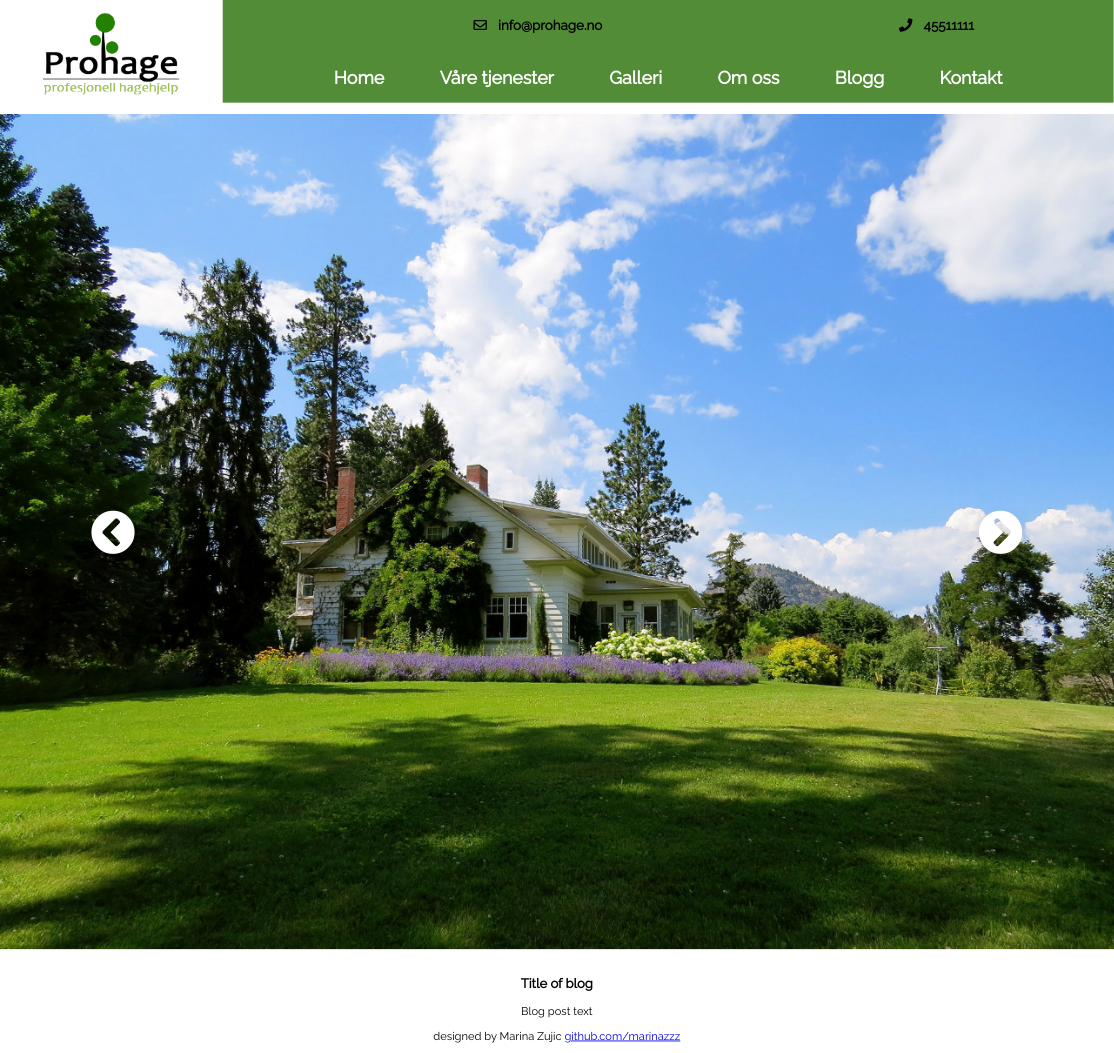
Repository: marinazzz/garden-design-website
Page: Garden design website/index.html
These files come from the project's save history. The page is drawn as it stood at one moment and after the next save; the edit follows.
The browser window is 1280 px wide. The pictures show the whole page, at 87% of full size.

Above is the page before, as saved 2020-03-28 13:44:36.

### Garden design website/index.html
<!DOCTYPE html>
<html lang="nb">
<head>
    <title>Hagedesign Oslo</title>
    <link rel="stylesheet" type="text/css" href="CSS/fontawesome-free-5.12.1-web/css/all.min.css">
    <link rel="stylesheet" type="text/css" href="CSS/style.css"/>
    <link rel="stylesheet" type="text/css" href="CSS/min-width-768px.css">
    <link rel="stylesheet" type="text/css" href="CSS/min-width-992px.css">
    <link rel="stylesheet" type="text/css" href="PLUGINS/glide-master/dist/css/glide.core.min.css" />
    <link rel="stylesheet" type="text/css" href="PLUGINS/glide-master/dist/css/glide.theme.min.css" />
    <link href="https://fonts.googleapis.com/css?family=Raleway&display=swap" rel="stylesheet">
    <meta name="viewport" content="width=device-width, initial-scale=1" charset="UTF-8">
</head>
<body>
    <header class="header--white-green">
        <div class="container__menu--small container__menu "> <!--grid container-->
            <div class="container__logo"> <!--1.column-->
                <img class="logo"src="images/prohage black.png" alt="Prohage logo">
            </div>
            <div class="container__items--small container__items"> <!--2.column-->
                <div class="container__item"> <!--1.row-->
                     <a href="mailto:info@prohage.no"
                         class ="container__item-txt"><i class="far fa-envelope"></i>info@prohage.no</a>
                     <a href="tlf:45511111"
                         class="container__item-txt"><i class="fas fa-phone"></i>45511111</a>
                </div>
               <div class="container__item-bottom"> <!--2.row-->
                   <button class="menu__toggle">
                       <i class="fas fa-bars"></i>
                   </button>
                   <nav id="menu">
                        <ul class="menu__list">
                            <li class="menu__item">
                                <a class="menu__link" href="home">Home</a>
                            </li>
                            <li class="menu__item">
                                <a class="menu__link" href="#services">Våre tjenester</a>
                            </li>
                            <li class="menu__item">
                                <a class="menu__link" href="#gallery">Galleri</a>
                            </li>
                            <li class="menu__item">
                                <a class="menu__link" href="#about">Om oss</a>
                            </li>
                            <li class="menu__item">
                                <a class="menu__link" href="#blog">Blogg</a>
                            </li>
                            <li class="menu__item">
                                <a class="menu__link" href="kontakt">Kontakt</a>
                            </li>
                       </ul>
                   </nav>
               </div>
            </div>
        </div>
        <section id="main-photo">
            <div class="glide">
                <div class="glide__track"
                     data-glide-el="track">
                    <ul class="glide__slides">
                        <li class="glide__slide">
                            <img class="main-photo__item"
                                 srcset="images/architecture-clouds-daylight-2000.jpg 2000w,
                                        images/architecture-clouds-daylight-1000.jpg 1000w"
                                 sizes="(min-width: 1440px) 2000px, 100vw"
                                 src="images/architecture-clouds-daylight-2000.jpg" alt="Garden">
                        </li>
                        <li class="glide__slide">
                            <img class="main-photo__item"
                            srcset="images/daylight-environment-garden-2000.jpg 2000w,
                                    images/daylight-environment-garden-1000.jpg 1000w"
                            sizes="(min-width: 1440px) 2000px, 100vw"
                            src="images/daylight-environment-garden-2000.jpg" alt="Garden and plants" >
                        </li>
                        <li class="glide__slide">
                            <img class="main-photo__item"
                            srcset="images/main-header-photo-2000.jpg 2000w,
                                    images/main-header-photo-1000.jpg 1000w"
                            sizes="(min-width: 1440px) 2000px, 100vw"
                            src="images/main-header-photo-2000.jpg" alt="Garden and plants" >
                        </li>
                        <li class="glide__slide">
                            <img class="main-photo__item"
                            srcset="images/header-photo-2000.jpg 2000w,
                                    images/header-photo-1000.jpg 1000w"
                            sizes="(min-width: 1440px) 2000px, 100vw"
                            src="images/header-photo-2000.jpg" alt="Garden designed by proffesional" >
                        </li>
                        <li class="glide__slide">
                            <img class="main-photo__item"
                            srcset="images/bloom-blooming-blur-2000.jpg 2000w,
                                    images/bloom-blooming-blur-1000.jpg 1000w"
                            sizes="(min-width: 1440px) 2000px, 100vw"
                            src="images/bloom-blooming-blur-2000.jpg" alt="Garden designed by proffesional" >
                        </li>
                    </ul>
                </div>
                <div class="glide__arrows"
                         data-glide-el="controls">
                        <button class="glide__arrow glide__arrow--left"
                                data-glide-dir="<">
                            <i class="fas fa-chevron-circle-left"></i>
                        </button>
                        <button class="glide__arrow glide__arrow--right"
                                data-glide-dir=">">
                            <i class="fas fa-chevron-circle-right"></i>
                        </button>
                    </div>
            </div>

            <!--<img class="main-photo__item1"
                 srcset="images/architecture-clouds-daylight-2000.jpg 2000w,
                         images/architecture-clouds-daylight-1000.jpg 1000w"
                 sizes="(min-width: 1440px) 2000px, 100vw"
                 src="images/architecture-clouds-daylight-2000.jpg" alt="Garden">
            <img class="main-photo__item2"
                 srcset="images/header-photo-2000.jpg 2000w,
                         images/header-photo-1000.jpg 1000w"
                 sizes="(min-width: 1440px) 2000px, 100vw"
                 src="images/header-photo-2000.jpg" alt="Garden designed by proffesional" >
            <img class="main-photo__item3"
                 srcset="images/main-header-photo-2000.jpg 2000w,
                         images/main-header-photo-1000.jpg 1000w"
                 sizes="(min-width: 1440px) 2000px, 100vw"
                 src="images/main-header-photo-2000.jpg" alt="Garden and plants" >
            <h1 class="main-photo__title">Profesjonell hagehjelp</h1>-->
        </section>
     </header>
     <main>
         <section id="services">

         </section>
         <section id="gallery">

        </section>
         <article id="blog-posts">
             <h3>Title of blog</h2>
             <p>Blog post text</p>
         </article>
         <section id="about oss">

        </section>
     </main>
     <footer>
	     <p>designed by Marina Zujic
		     <a href="https://github.com/marinazzz">github.com/marinazzz</a>
	     </p>
     </footer>
     <script src="PLUGINS/glide-master/dist/glide.min.js"></script>
     <script>
        new Glide('.glide').mount()
        new Glide('.glide', {
            type: 'carousel',
            startAt: 0,
             perView: 3
        })
      </script>
     <script src="JS/js-app.js"></script>
</body>
</html>

### Garden design website/CSS/style.css
html {
  font-size: 62.5%;
}

body {
  margin: 0;
  padding: 0;
  text-align: center;
  box-sizing: border-box;
  font-family: 'Raleway', sans-serif;
}

       /*__ HEADER__ */

/*color styles*/
.header--white-green {
  --header-bg-color: #528C36;
  --header-link-color: black;
  --header-menu-link: #fff;
  --header-toggle-color: #528C36;
}

/*main style*/
.container__menu--small {
  display: flex;
  justify-content: space-around;
}

.logo {
  max-height: 8rem;
}

.container__items--small {
  display: grid;
  grid-template-rows: 1fr 1fr;
  align-content: flex-end;
  width: 250px;
}

.container__item {
  align-self: center;
}

.container__item, .container__item-bottom {
  text-align: end;
}

.container__item-txt {
  color: var(--header-link-color);
  text-decoration: none;
  font-size: 1.2rem;
}

.container__item > a:first-of-type {
  padding-right: 1.6rem;
}

.container__item-bottom > nav {
  text-align: center;
}

.menu__toggle {
  color: var(--header-bg-color);
  box-sizing: border-box;
  border: none;
  background-color: transparent;
  outline: none;
  font-size: 3rem;
  line-height: 0;
  padding: 0.5rem;
  color: var(--header-toggle-color);
  position: relative;
  z-index: 100;
}

.fa-phone, .fa-envelope {
  margin-right: 1rem;
}


/* MENU */

#menu {
  position: absolute;
  top: auto;
  left: 0;
  width: 100%;
  padding-top: 1rem;
  background-color: var(--header-bg-color);
  z-index: 20;
}

.menu__list {
  padding: 0;
  margin: 0;
  display: flex;
  flex-direction: column;
}

.menu__item {
  display: block;
  margin-bottom: 1rem;
}

.menu__link {
  color: var(--header-menu-link);
  text-decoration: none;
  font-size: 1.6rem;
}

.menu-opened {
  display: none;
}


/*FOR SMALL DEVICES*/

@media screen and (max-width: 420px) {

  .logo {
    max-height: 7rem;
  }

  .container__items--small {
    width: auto;
    align-self: center;
  }

  .container__item > a:first-of-type {
    padding-right: 1.3rem;
  }

  .container__item {
    text-align: center;
  }

  .fa-phone, .fa-envelope {
    margin-right: 0.3rem;
  }
}

/* MAIN PICTURE */

#main-photo {
  position: relative;
}

.main-photo__item {
   width: 100%;
}

.main-photo__titlegit {
  position: absolute;
  bottom: 1rem;
  left: 20rem;
  font-size: 2rem;
}

/* GLIDE SLIDER CSS OVERRIDES */
#main-photo .glide__arrow  {
  font-size: 4rem;
  padding: 0;
  border-color: transparent;
  box-shadow: none;
  border-radius: 50%;
  line-height: 0;
  transition: all 200ms ease-in-out;
}

#main-photo .glide__arrow:hover {
  border-color: #252525;
  color: #252525;
}

/*#main-photo {
  position: relative;
}

.main-photo__item {
   width: 100%;
}

.main-photo__titlegit {
  position: absolute;
  bottom: 1rem;
  left: 20rem;
  font-size: 2rem;
}*/



/*1. COLOR OPTION*/
/* CSS variables*/
/* :root {
  --header-bg-color: #4daa57;
  --header-top-bg-color: #252525;
  --header-toggle-color: #fff;
}*/

/*.top-header__item {
  color: var(--header-link-color);
  text-decoration: none;
  font-size: 1.4rem;
}*/


/*------MAIN----------*/

### Garden design website/CSS/min-width-768px.css
@media screen and (min-width: 768px) {

  html {
    font-size: 70%;
  }

   /* HEADER */

   .container__menu {
    display: grid;
    grid-template-columns: 2fr 80%;;
  }

  .logo {
    z-index: 100;
  }

  .container__items {
    display: grid;
    grid-template-rows: 1fr 1fr;
    background: var(--header-bg-color);
    width: auto;
  }

  .container__item {
    align-self: center;
    display: flex;
    justify-content: space-around;
    /*padding-left: 23rem;*/
  }

  .container__item-bottom {
    display: flex;
    align-items: center;
  }

  .menu__toggle {
    display: none;
  }

  /* NAVIGATION */

  .menu-opened .menu__item .menu__link {
    display: block;
  }

  #menu {
    display: block;
    position: static;
    padding: 0;
    top: 0;
  }

  .menu__list {
    flex-direction: row;
    justify-content: space-evenly;
  }

  .menu__item {
    margin: 0;
  }

  .menu__item:hover {
    background-color:#272727;
  }

  .menu__link:active {
    color:black;
  }

  .menu__link, .container__item-txt {
    font-weight: bold;
  }


  /* color styles */

  :root {
    /*header*/
    --header-bg-color:#528C36;
    --link-color: #FCFDF9;
  }

}

### Garden design website/CSS/min-width-992px.css
@media screen and (min-width: 992px) {
    html {
        font-size: 80%;
    }

    .logo {
        max-height: 9rem;
    }

    .container__item {
        padding-left: 10rem;
    }

    .container__item-bottom {
        padding: 0 5rem;
    }
}

@media screen and (min-width: 1440px) {
    .container__item {
        padding-left: 22rem;
    }
}

@media screen and (min-width: 2560px) {

    .logo {
        max-height: 12rem;
    }

    .container__item {
        justify-self: center;
    }

    .container__item > a:first-of-type {
        padding: 0 13rem;
    }

    .container__item-bottom {
        padding: 0 40rem;
    }
}

### Garden design website/JS/js-app.js
let mainNav = document.getElementById("menu");

let navBarToggle = document.querySelector(".menu__toggle");

navBarToggle.addEventListener("click", function () {

    mainNav.classList.toggle("menu-opened");
});

Loaded but not shown: Garden design website/CSS/fontawesome-free-5.12.1-web/css/all.min.css (library); Garden design website/PLUGINS/glide-master/dist/css/glide.core.min.css (common file); Garden design website/PLUGINS/glide-master/dist/css/glide.theme.min.css (common file); Garden design website/PLUGINS/glide-master/dist/glide.min.js (library)

After the next save:
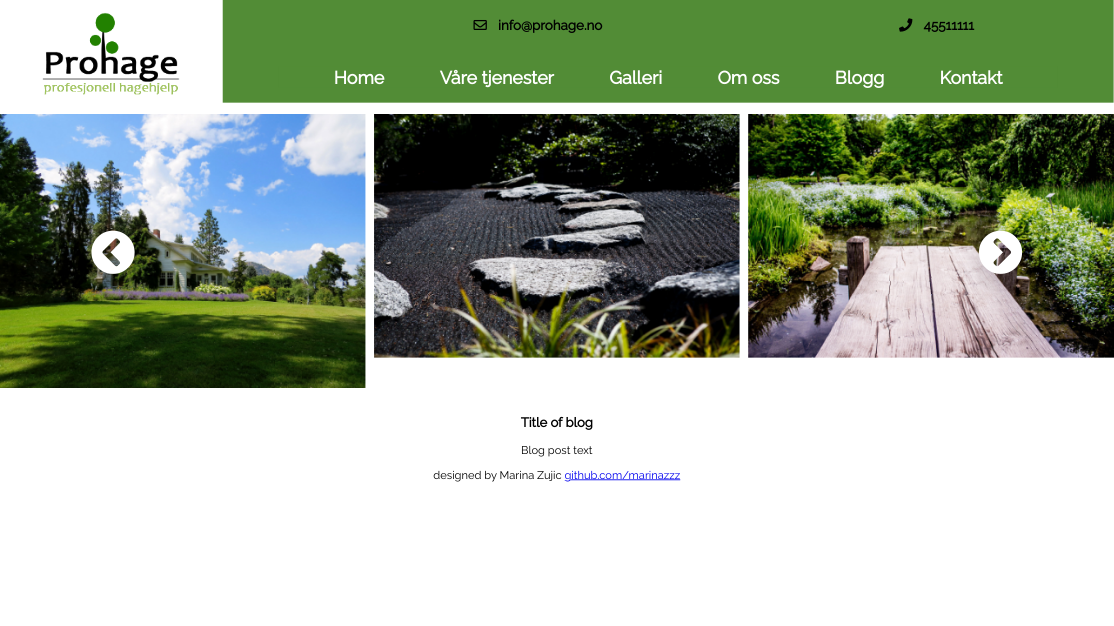
Saved 73 s later.
--- a/Garden design website/index.html
+++ b/Garden design website/index.html
@@ -148,12 +148,11 @@
      </footer>
      <script src="PLUGINS/glide-master/dist/glide.min.js"></script>
      <script>
-        new Glide('.glide').mount()
         new Glide('.glide', {
             type: 'carousel',
             startAt: 0,
              perView: 3
-        })
+        }).mount()
       </script>
      <script src="JS/js-app.js"></script>
 </body>

After the save that followed:
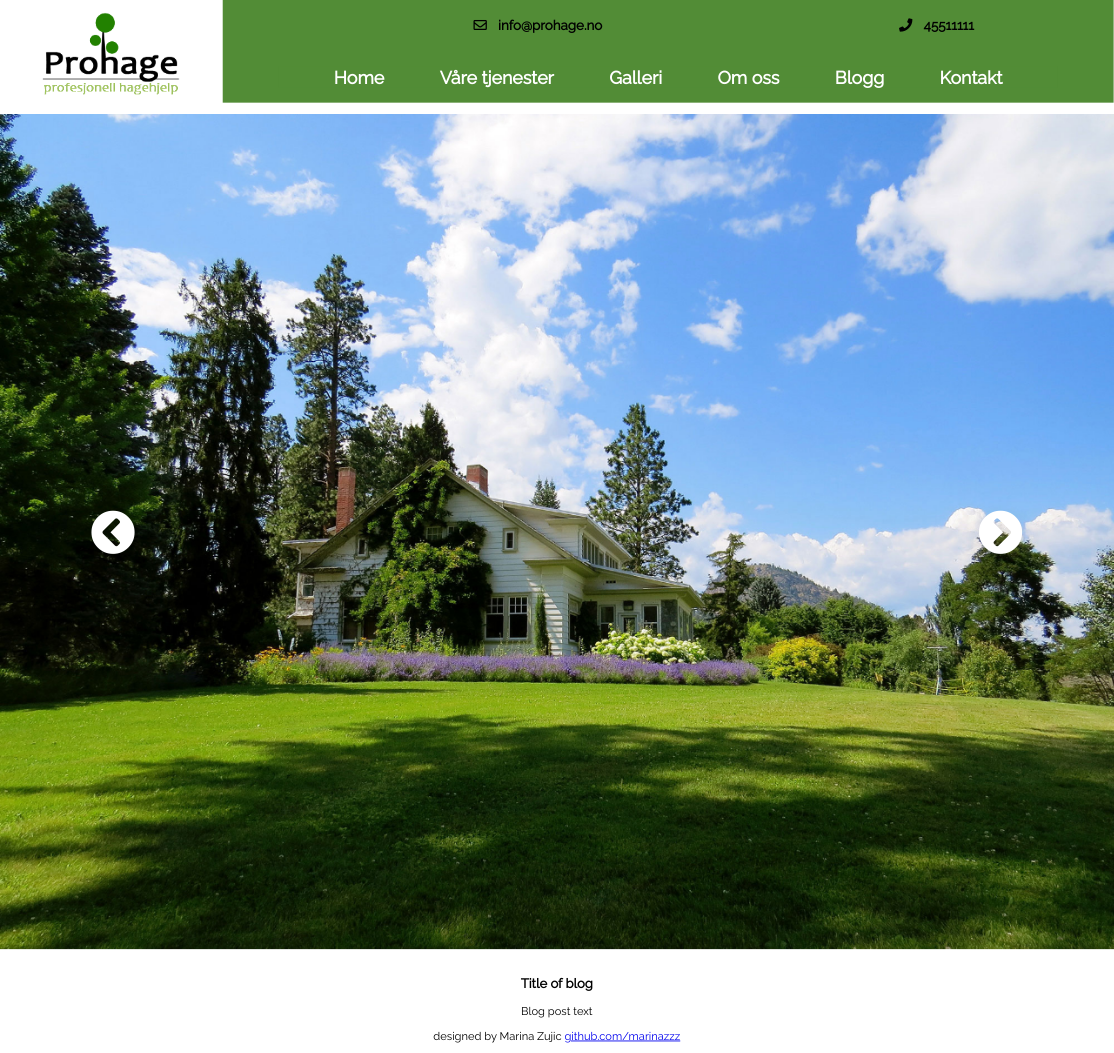
Saved 95 s later.
--- a/Garden design website/index.html
+++ b/Garden design website/index.html
@@ -150,8 +150,7 @@
      <script>
         new Glide('.glide', {
             type: 'carousel',
-            startAt: 0,
-             perView: 3
+            autoplay: false
         }).mount()
       </script>
      <script src="JS/js-app.js"></script>
